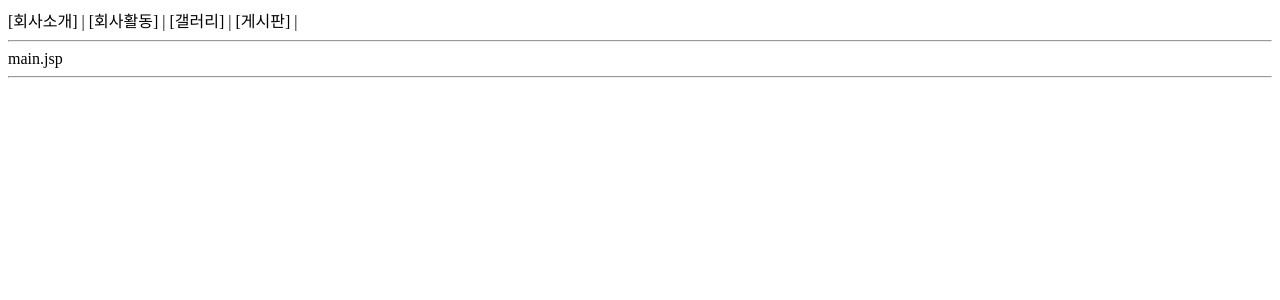
Repository: juujuu201/JSP
Page: http://localhost/StartJSP/main.jsp
An editor plug-in stored every save of this project. The page is shown before and after the next save, followed by the edit.
The browser window is 1280 px wide. The pictures show the whole page.
The page is served by Tomcat 9. Other server files are loaded and not shown.

Above is the page before, as saved 2019-04-09 06:40:38.

### StartJSP/WebContent/main.jsp
<%@ page language="java" contentType="text/html; charset=UTF-8"
    pageEncoding="UTF-8"%>
<!DOCTYPE html>
<html>
<head>
<meta charset="UTF-8">
<title>Insert title here</title>
</head>
<body>
	[회사소개] | [회사활동] | [갤러리] | [게시판] |<br>
	<hr>
	main.jsp
	<hr>
</body>
</html>

After the next save:
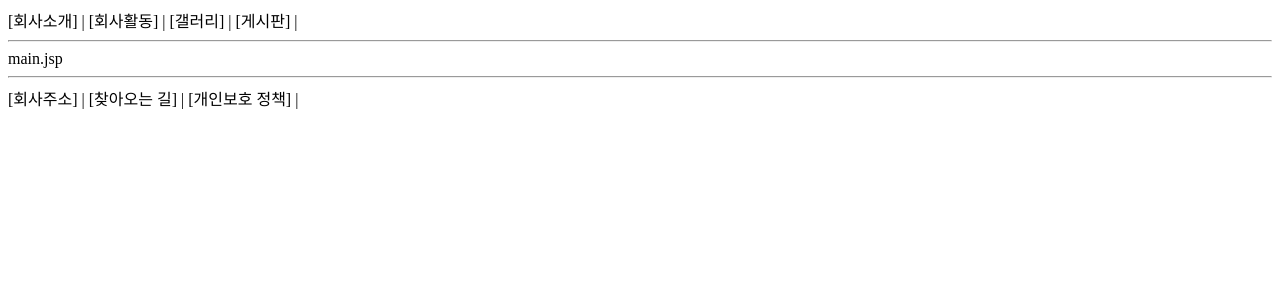
Saved 39 s later.
--- a/StartJSP/WebContent/main.jsp
+++ b/StartJSP/WebContent/main.jsp
@@ -8,8 +8,11 @@
 </head>
 <body>
 	[회사소개] | [회사활동] | [갤러리] | [게시판] |<br>
+
 	<hr>
 	main.jsp
 	<hr>
+
+	[회사주소] | [찾아오는 길] | [개인보호 정책] |
 </body>
 </html>
